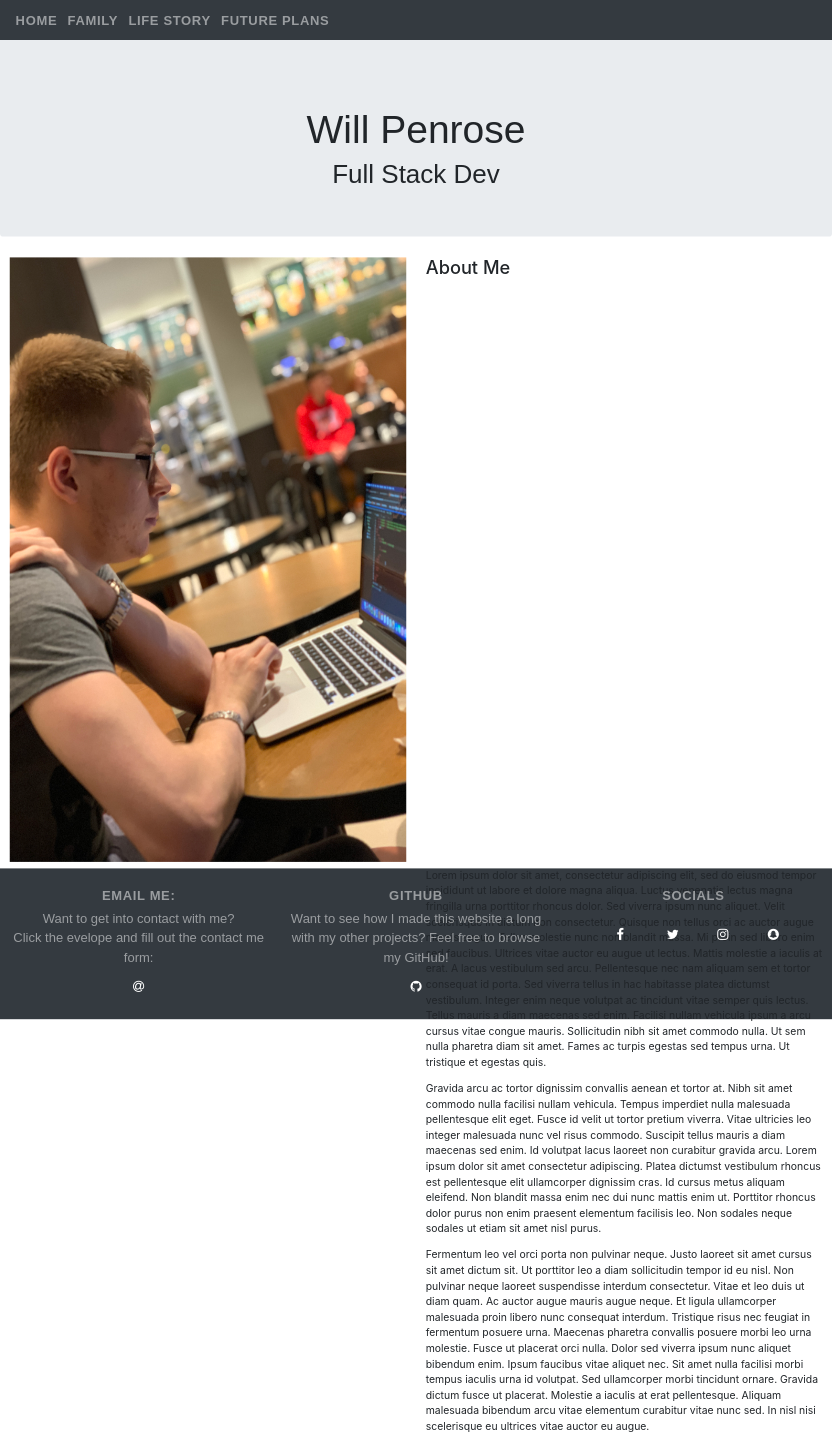
Repository: Code-Institute-Submissions/user-centric-frontend-dev-milestone-project
Page: index.html
The author's editor kept a record of every edit. The page is drawn from the files as they stood at one moment, then again after the next edit.
The browser window is 1280 px wide. The pictures show the whole page, at 65% of full size.
Some web fonts or font styles are not loaded; a fallback is used.

Above is the page before.

After the next edit:
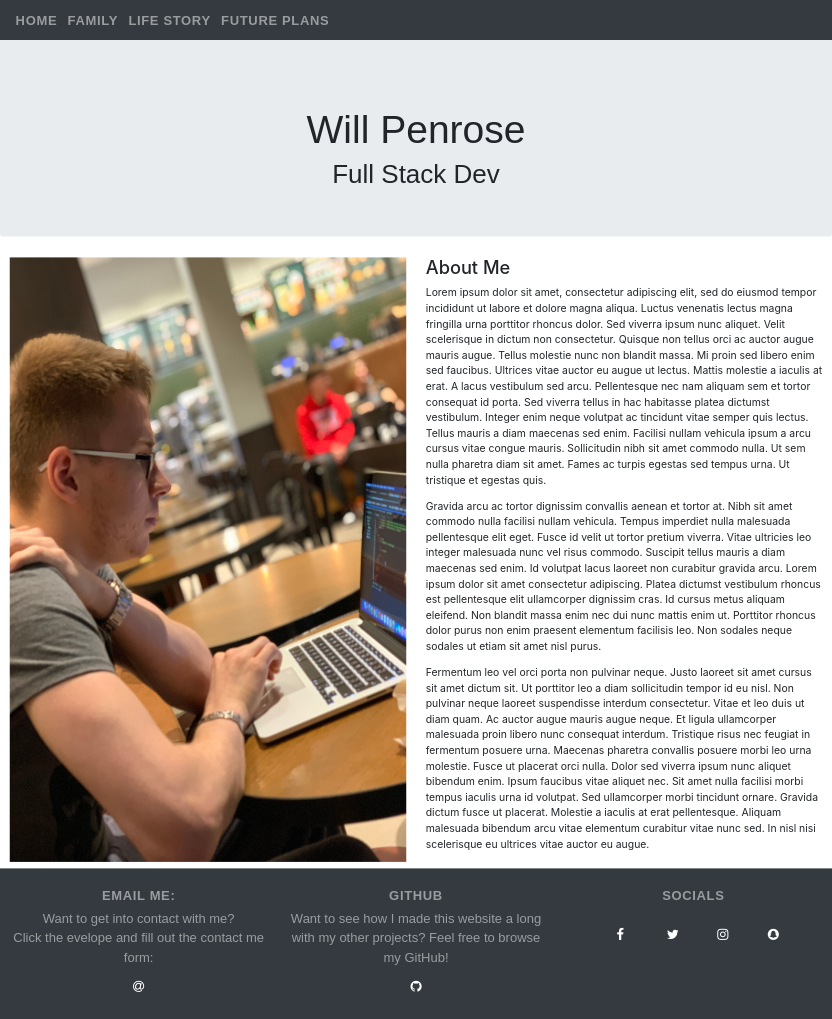
The edit:
--- a/index.html
+++ b/index.html
@@ -55,8 +55,8 @@
                 <div class="col-sm-12 col-md-12 col-lg-6">
                     <img src="assets/images/will.jpg" class="image"></img>
                 </div>
-                <div class="col-sm-12 col-md-12 col-lg-6">
-                    <h3 class="home-paragraphs">About Me</h3>
+                <div class="col-sm-12 col-md-12 col-lg-6 home-paragraphs">
+                    <h3>About Me</h3>
                     <p>
                         Lorem ipsum dolor sit amet, consectetur adipiscing elit, sed do eiusmod tempor incididunt ut labore et dolore magna aliqua. Luctus venenatis lectus magna fringilla urna porttitor rhoncus dolor. Sed viverra ipsum nunc aliquet. Velit scelerisque in dictum
                         non consectetur. Quisque non tellus orci ac auctor augue mauris augue. Tellus molestie nunc non blandit massa. Mi proin sed libero enim sed faucibus. Ultrices vitae auctor eu augue ut lectus. Mattis molestie a iaculis at erat.
